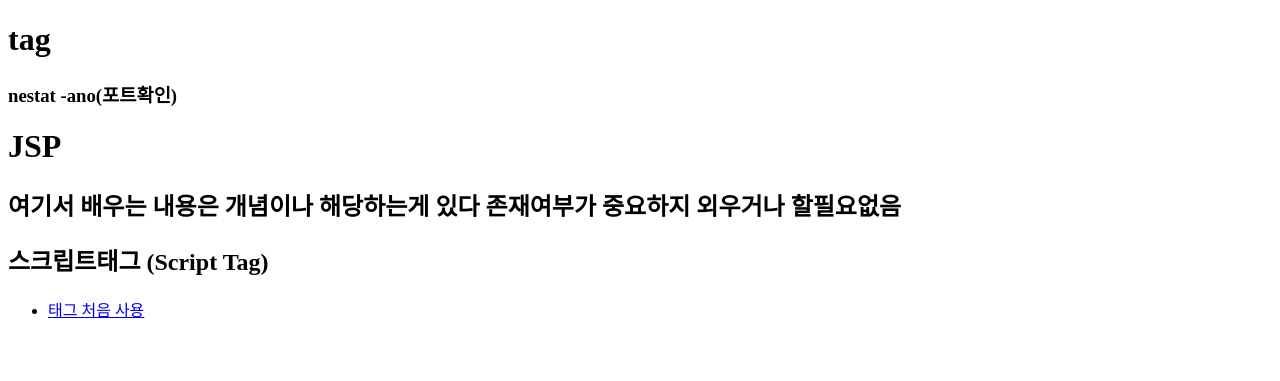
Repository: SanctusAlbino/Jsp_Servlet
Page: 03.Tag/src/main/webapp/index.html
The author's editor kept a copy of each file at every save. The page is drawn from the files as they stood at one save, then again after the next save.
The browser window is 1280 px wide. The pictures show the whole page.

Above is the page before, as saved 2023-05-19 01:27:10.

### 03.Tag/src/main/webapp/index.html
<!DOCTYPE html>
<html>
<head>
<meta charset="UTF-8">
<title>Insert title here</title>
</head>
<body>
	<h1>tag</h1>
	<h3>nestat -ano(포트확인)</h3>

	<h1>JSP</h1>
	<h2>여기서 배우는 내용은 개념이나 해당하는게 있다 존재여부가 중요하지 외우거나 할필요없음</h2>
	<h2>스크립트태그 (Script Tag)</h2>

	<ul>
		<li><a href="01.Script/Ex00Into.jsp">태그 처음 사용</a></li>
	</ul>



</body>
</html>

After the next save:
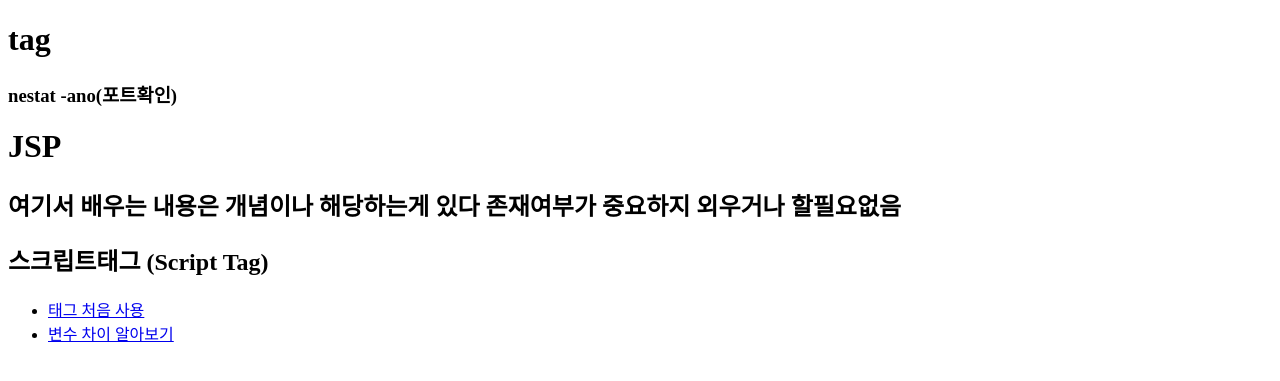
Saved 45 s later.
--- a/03.Tag/src/main/webapp/index.html
+++ b/03.Tag/src/main/webapp/index.html
@@ -14,6 +14,7 @@
 
 	<ul>
 		<li><a href="01.Script/Ex00Into.jsp">태그 처음 사용</a></li>
+		<li><a href="01.Script/Ex01Var.jsp">변수 차이 알아보기</a></li>
 	</ul>
 
 
